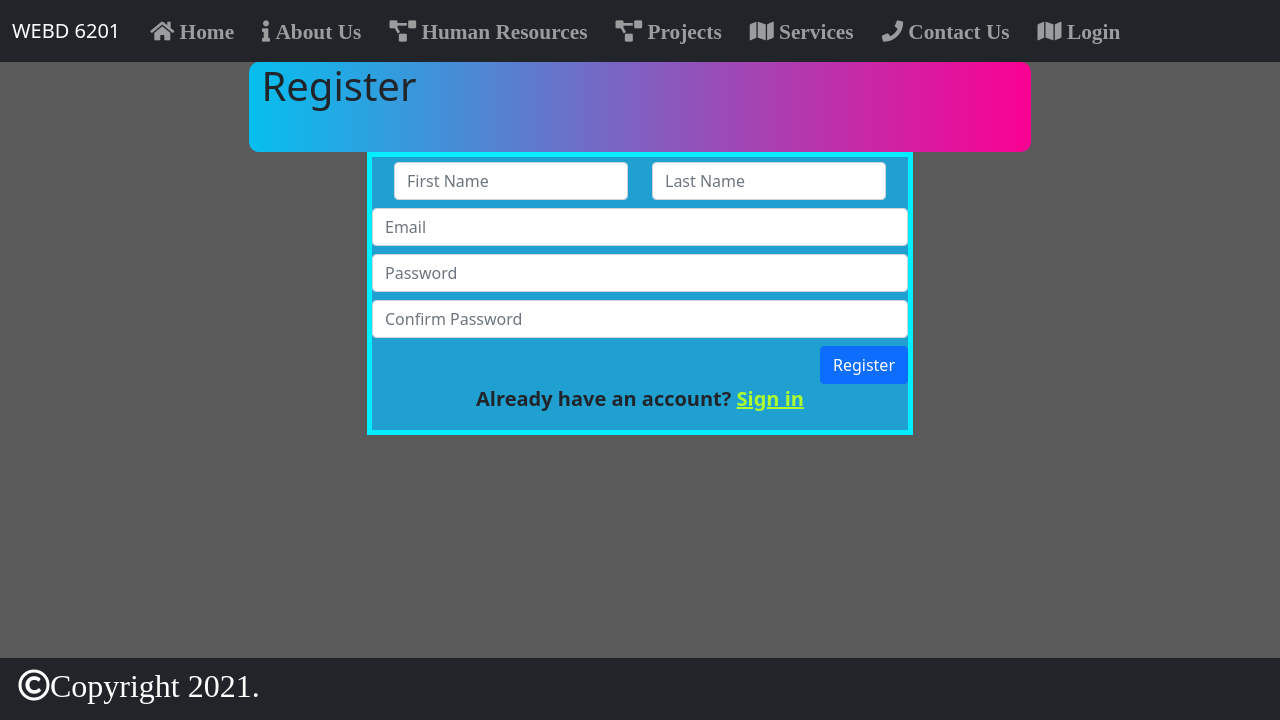
Repository: vans12345678/WEBD6201-W2021-Lab2
Page: register.html
These files come from the project's save history. The page is drawn as it stood at one moment and after the next save; the edit follows.
The browser window is 1280 px wide. The pictures show the whole page.

Above is the page before, as saved 2021-03-06 18:27:36.

After the next save:
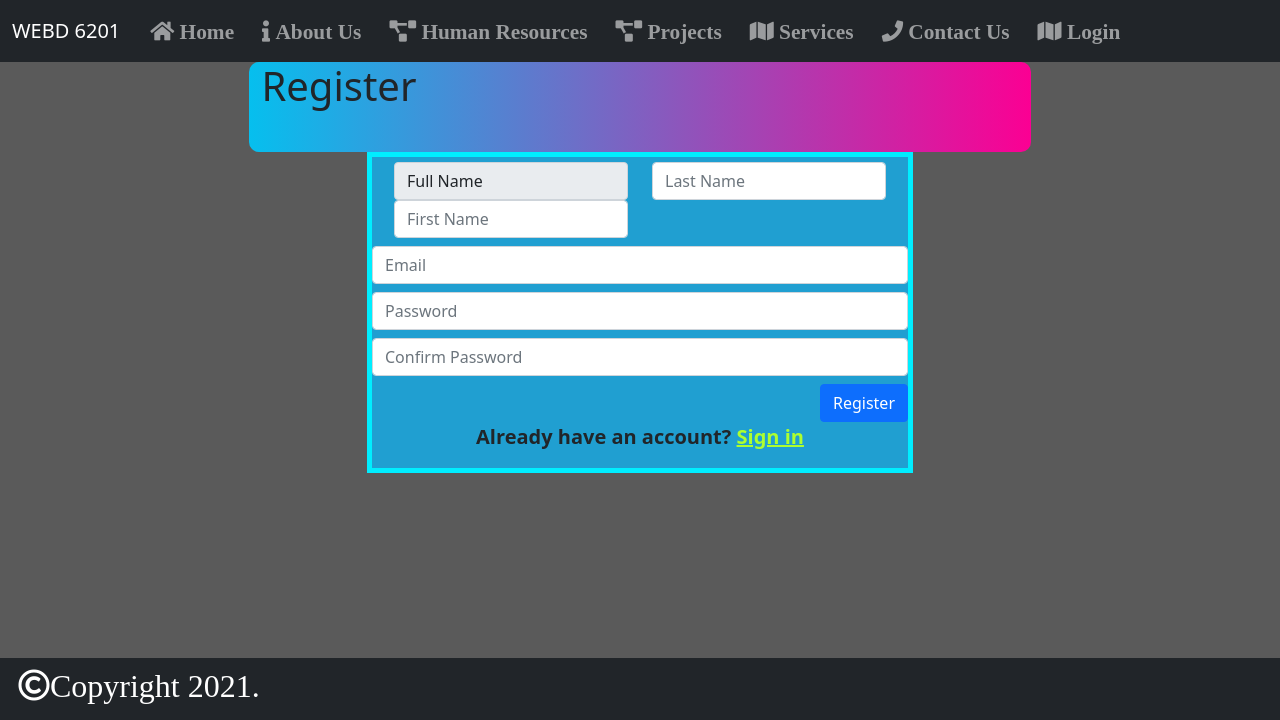
Saved 5 min 37 s later.
--- a/register.html
+++ b/register.html
@@ -57,6 +57,7 @@
                         <div class="form-group mb-2">
                           <div class="row inputMargin">
                             <div class="col-md-6 ">
+                              <span class="input-group-text" id="inputGroup-sizing-default">Full Name </span>
                               <input class="form-control" type="text" id="firstName" placeholder="First Name" name="firstName" required = "required">
                             </div>
                             <div class="col-md-6">

After the save that followed:
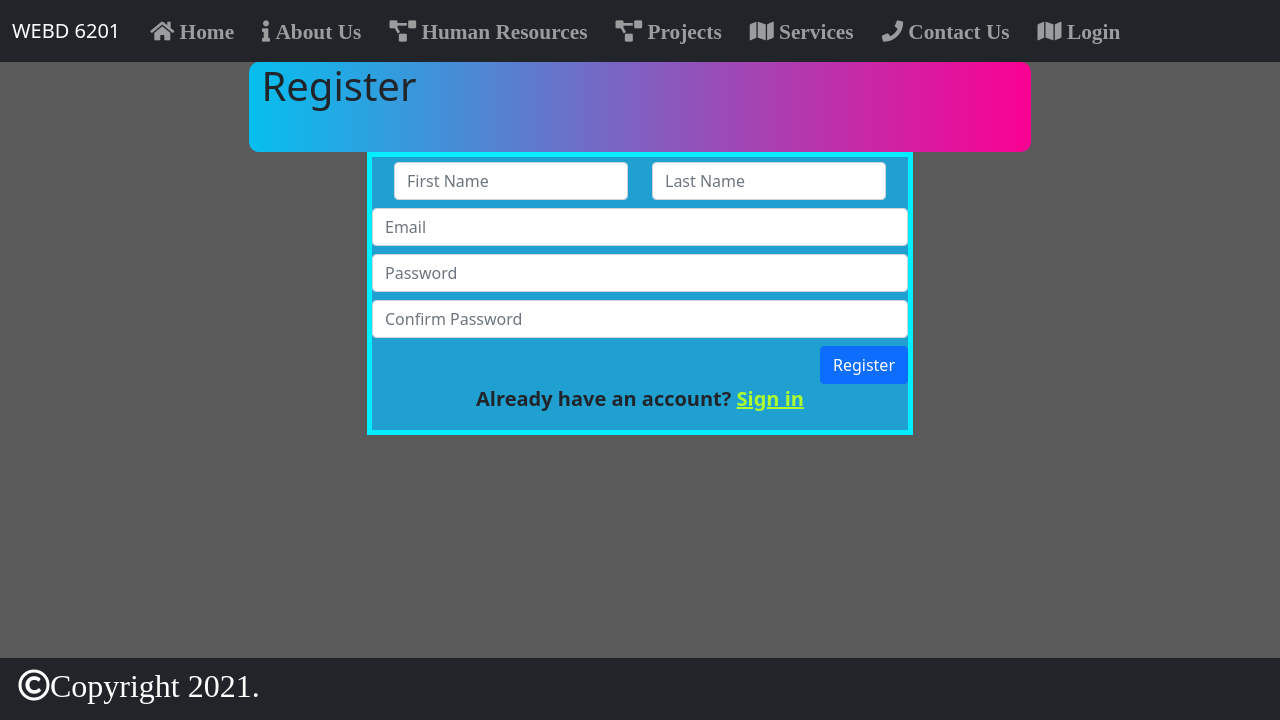
Saved 7 s later.
--- a/register.html
+++ b/register.html
@@ -57,7 +57,6 @@
                         <div class="form-group mb-2">
                           <div class="row inputMargin">
                             <div class="col-md-6 ">
-                              <span class="input-group-text" id="inputGroup-sizing-default">Full Name </span>
                               <input class="form-control" type="text" id="firstName" placeholder="First Name" name="firstName" required = "required">
                             </div>
                             <div class="col-md-6">
